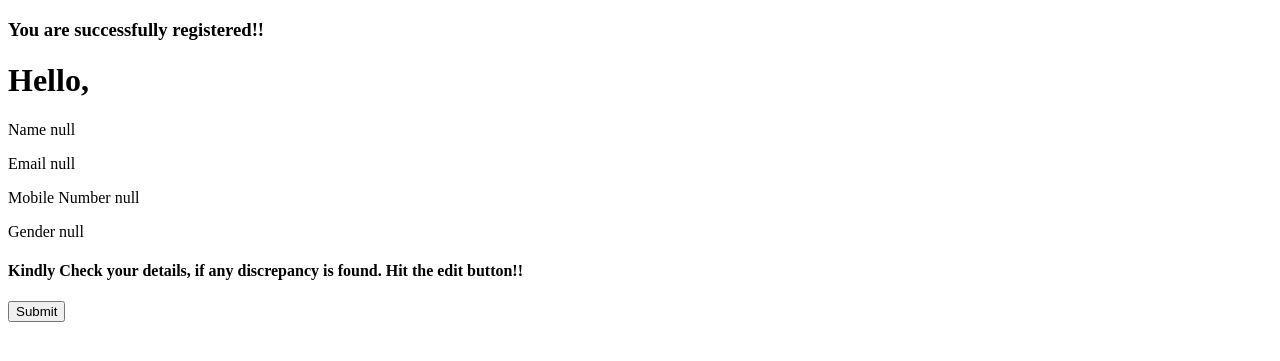
Repository: SimSri-ExtraMarks/FormHandling
Page: http://localhost/success
These files come from the project's save history. The page is drawn as it stood at one moment and after the next save; the edit follows.
The browser window is 1280 px wide. The pictures show the whole page.
The page is this project's Thymeleaf template; nobody is signed in. The template is opened directly, without the code that normally fills it, so the values that code supplies are empty.

Above is the page before, as saved 2021-06-27 07:38:50.

### formHandling/src/main/resources/templates/success.html
<!doctype html>
<html lang="en">
<head>
<meta charset="UTF-8" />
<title>Second Page</title>
</head>
<body>
<h3>You are successfully registered!!</h3>
<h1>Hello, </h1>

<p th:text="'Name ' + ${data.name}"/>
 <p th:text="'Email ' + ${data.email}"/>
 <p th:text="'Mobile Number ' + ${data.mobilenumber} "/>
 <p th:text="'Gender ' + ${data.gender}"/>
<h4>Kindly Check your details, if any discrepancy is found. Hit the edit button!!</h4>

<!-- <button type="button">Edit details</button>
 -->
 <form th:action="@{/form}">

</form>

<button type="submit" value="Submit">Submit</button>

After the next save:
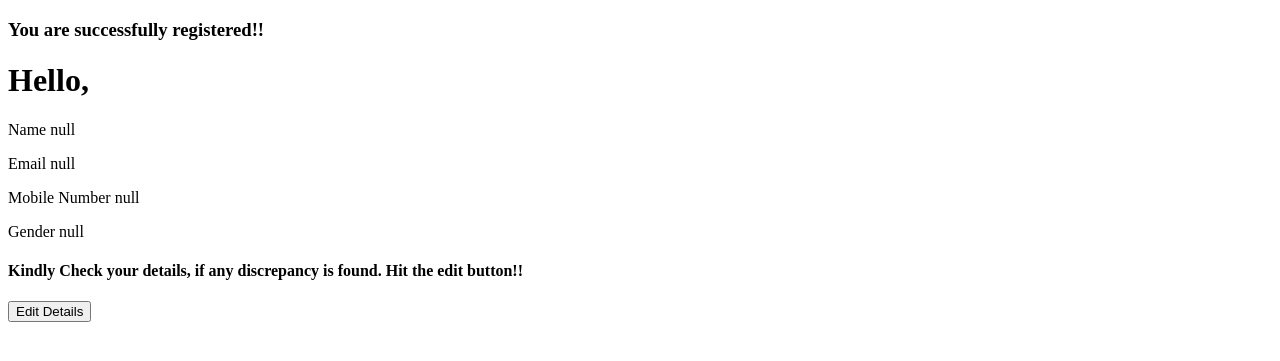
Saved 111 s later.
--- a/formHandling/src/main/resources/templates/success.html
+++ b/formHandling/src/main/resources/templates/success.html
@@ -17,7 +17,5 @@
 <!-- <button type="button">Edit details</button>
  -->
  <form th:action="@{/form}">
-
+<input type="submit" value="Edit Details">
 </form>
-
-<button type="submit" value="Submit">Submit</button>
